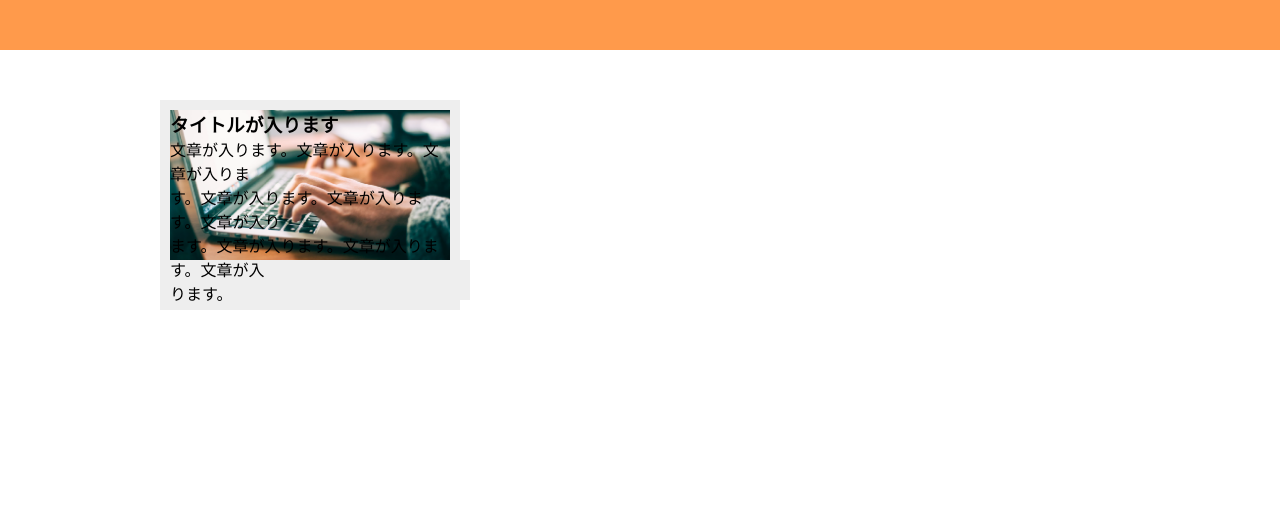
Repository: Souax/prac_20231021
Page: Chapter9/9.html
The author's editor kept a record of every edit. The page is drawn from the files as they stood at one moment, then again after the next edit.
The browser window is 1280 px wide. The pictures show the whole page.

Above is the page before.

### Chapter9/9.html
<!DOCTYPE html>
<html lang="ja">
  <head>
    <meta charset="UTF-8">
    <link rel="stylesheet" href="9.css">
    <title>9章</title>
  </head>
  <body>
    <div class="header"></div>
    <main>
      <div class="box">
        <div class="box1-img">
        <h3 class="title">タイトルが入ります</h3>
        <p class="text">文章が入ります。文章が入ります。文章が入りま<br>
        す。文章が入ります。文章が入ります。文章が入り<br>
        ます。文章が入ります。文章が入ります。文章が入<br>
        ります。</p>
        </div>
      <div class="box"></div>
      <div class="box"></div>
    </main>
    <footer></footer>
  </body>
  </html>

### Chapter9/9.css
*{
  margin:0;
  padding:0;
  box-sizing:border-box;
}

.header{
  height:50px;
  background-color:#FF9A4B;
}

main{
  width:960px;
  margin:50px auto;
  display:flex;
}

.box{
  width:300px;
  margin-right:30px;
  padding:10px;
  background-color:#EEEEEE;
}

.num{
  padding:4px;
  background-color:#FF9A4B;
  color:#fff;
}

.box1-img{
  height:150px;
  background-image:url(img/flow01.png);
  background-size:cover;
  background-position:bottom;
}

After the next edit:
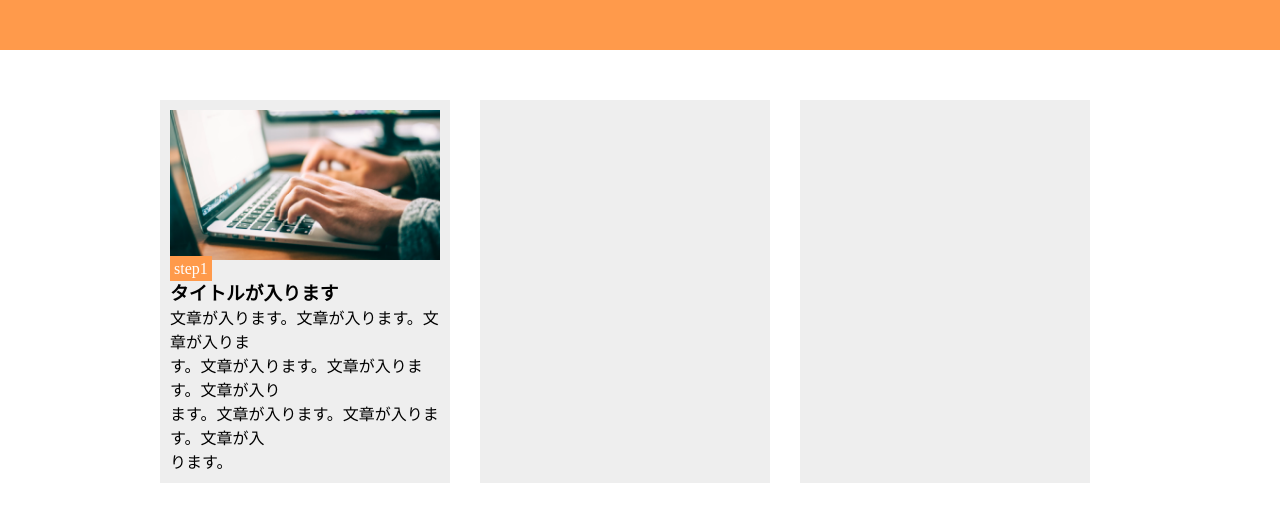
The edit:
--- a/Chapter9/9.html
+++ b/Chapter9/9.html
@@ -9,7 +9,8 @@
     <div class="header"></div>
     <main>
       <div class="box">
-        <div class="box1-img">
+        <div class="box1-img"></div>
+        <span class="num">step1</span>
         <h3 class="title">タイトルが入ります</h3>
         <p class="text">文章が入ります。文章が入ります。文章が入りま<br>
         す。文章が入ります。文章が入ります。文章が入り<br>
